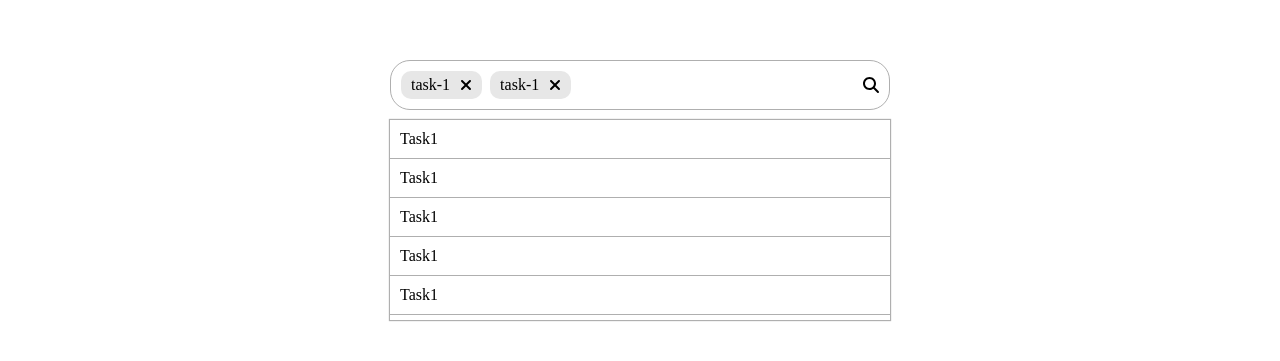
Repository: OkazakiTruong/selectOption
Page: /
The author's editor kept a copy of each file at every save. The page is drawn from the files as they stood at one save, then again after the next save.
The browser window is 1280 px wide. The pictures show the whole page.
The project was rebuilt for these pictures with package versions that can differ from the ones it lists, and the page was loaded fresh each time. Also part of the build but not shown: vite.config.js.

Above is the page before, as saved 2024-01-17 22:32:35.

### src/App.jsx
import React from "react";
import { SelectBoxContainer } from "./SelectBox/SelectBoxContainer";

export default function App() {
  return (
    <div>
      <SelectBoxContainer />
    </div>
  );
}

### src/SelectBox/SelectBoxContainer.jsx
import React from "react";
import "./selectbox.css";
import { SelectBox } from "./SelectBox";

export const SelectBoxContainer = () => {
  return (
    <div className="select-container">
      <SelectBox />
    </div>
  );
};

### src/SelectBox/selectbox.css
.select-container {
  width: 500px;
  margin: 60px auto;
}
.select-input {
  display: flex;
  flex-wrap: wrap;
  align-items: center;
  justify-content: flex-start;
  width: 500px;
  padding: 10px;
  padding-right: 60px;
  border: 1px solid #afafaf;
  border-radius: 20px;
  gap: 8px;
  position: relative;
}
.select-input.focus {
  border: 2px solid black;
}
.select-input .input {
  border: none;
  outline: none;
  flex: 2;
}
.select-input .search-icon {
  position: absolute;
  right: 10px;
  cursor: pointer;
}
.select-item {
  padding: 5px 10px;
  background-color: #e7e7e7;
  border-radius: 10px;
  display: flex;
  align-items: center;
}
.select-item .btn-delete {
  margin-left: 10px;
  cursor: pointer;
}
.select-option {
  margin-top: 10px;
  box-shadow: 0px 0px 1px 1px #afafaf;
  height: 200px;
  overflow: auto;
}

.select-option::-webkit-scrollbar-track {
  -webkit-box-shadow: inset 0 0 6px rgba(0, 0, 0, 0.3);
  background-color: #f5f5f5;
}

.select-option::-webkit-scrollbar {
  width: 4px;
  background-color: #f5f5f5;
}

.select-option::-webkit-scrollbar-thumb {
  background-color: #000000;
  border: 2px solid #555555;
}

.option-item {
  padding: 10px;
  border-bottom: 1px solid #afafaf;
  cursor: pointer;
}

### src/SelectBox/SelectBox.jsx
import { FontAwesomeIcon } from "@fortawesome/react-fontawesome";
import React, { useRef, useState } from "react";
import { faMagnifyingGlass, faXmark } from "@fortawesome/free-solid-svg-icons";

export const SelectBox = () => {
  const [isFocus, setIsFocus] = useState(false);
  const inputRef = useRef(null);
  const selectInputRef = useRef(null);
  const selectOptionRef = useRef(null);
  const handleFocus = () => {
    selectInputRef.current.classList.add("focus");
    setIsFocus(true);
  };
  const handleBlur = () => {
    selectInputRef.current.classList.remove("focus");
    setIsFocus(false);
  };
  const handleClick = () => {
    if (!selectInputRef.current.classList.contains("focus")) {
      inputRef.current.focus();
    }
  };
  const handleSearchBtn = (e) => {
    e.stopPropagation();
    if (isFocus) {
      handleBlur();
    } else {
      handleFocus();
    }
  };
  return (
    <>
      <div className="select-input" ref={selectInputRef} onClick={handleClick}>
        <div className="select-item">
          <span>task-1</span>
          <FontAwesomeIcon icon={faXmark} className="btn-delete" />
        </div>
        <div className="select-item">
          <span>task-1</span>
          <FontAwesomeIcon icon={faXmark} className="btn-delete" />
        </div>
        <input
          className="input"
          ref={inputRef}
          onFocus={handleFocus}
          onBlur={handleBlur}
        ></input>
        <FontAwesomeIcon
          icon={isFocus ? faXmark : faMagnifyingGlass}
          onClick={handleSearchBtn}
          className="search-icon"
        />
      </div>
      <div className="select-option" ref={selectOptionRef}>
        <div className="option-item">Task1</div>
        <div className="option-item">Task1</div>
        <div className="option-item">Task1</div>
        <div className="option-item">Task1</div>
        <div className="option-item">Task1</div>
        <div className="option-item">Task1</div>
      </div>
    </>
  );
};

Loaded but not shown: index.html (common file); src/main.jsx (common file); src/index.css (common file)

After the next save:
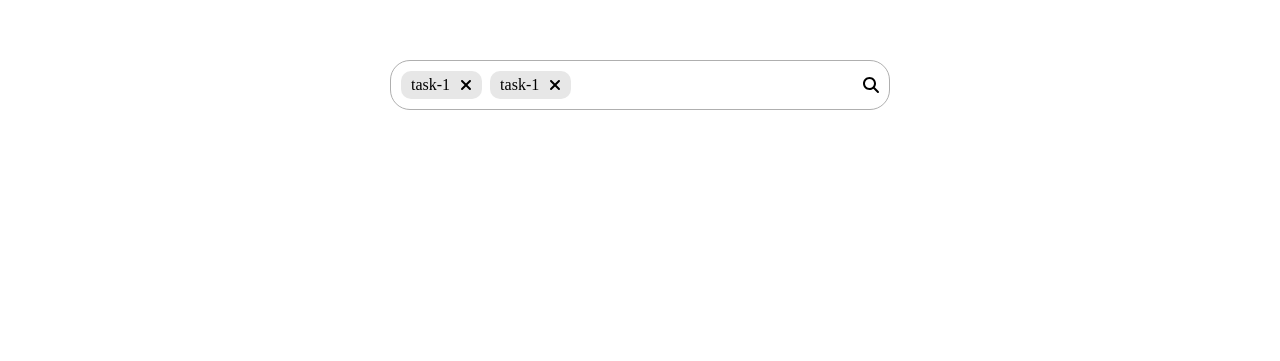
Saved 43 s later.
--- a/src/SelectBox/selectbox.css
+++ b/src/SelectBox/selectbox.css
@@ -44,6 +44,7 @@
   box-shadow: 0px 0px 1px 1px #afafaf;
   height: 200px;
   overflow: auto;
+  visibility: hidden;
 }
 
 .select-option::-webkit-scrollbar-track {
